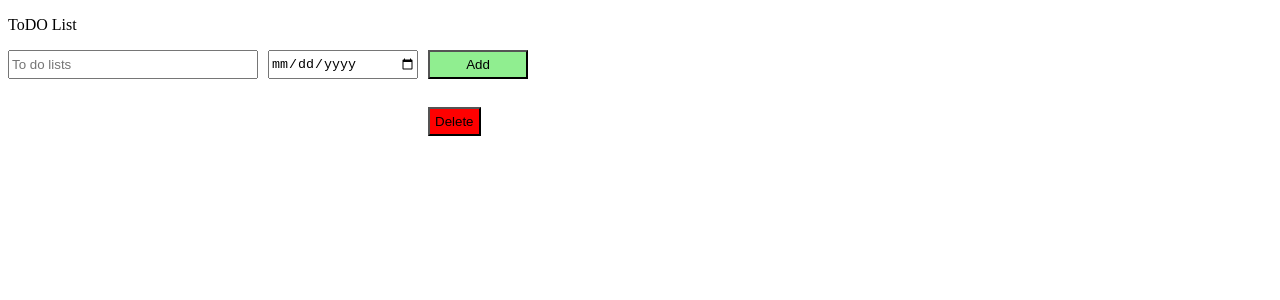
Repository: pgyunknown/ToDo-List
Page: index.html
These files come from the project's save history. The page is drawn as it stood at one moment and after the next save; the edit follows.
The browser window is 1280 px wide. The pictures show the whole page.

Above is the page before, as saved 2024-08-29 20:49:02.

After the next save:
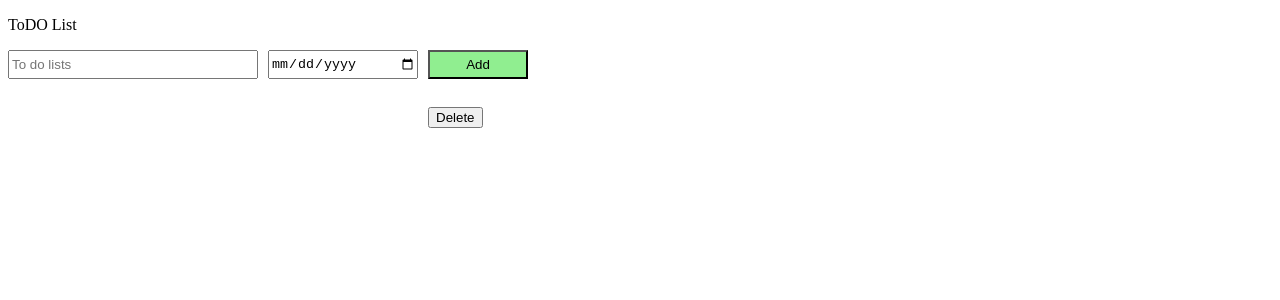
Saved 25 s later.
--- a/index.css
+++ b/index.css
@@ -16,7 +16,7 @@
   background-color: lightgreen;
   padding: 5px;
 }
-.delete-b{
+.delete-b button{
   background-color: red;
   padding: 5px;
 }

After the save that followed:
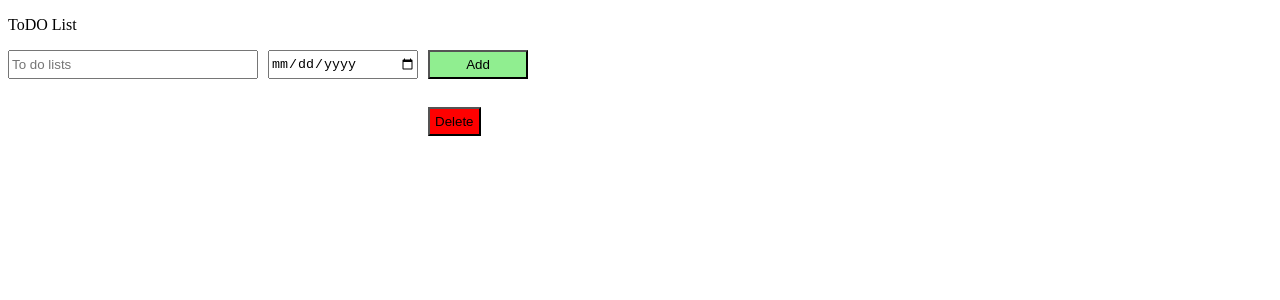
Saved 4 s later.
--- a/index.css
+++ b/index.css
@@ -16,7 +16,7 @@
   background-color: lightgreen;
   padding: 5px;
 }
-.delete-b button{
+.delete-b {
   background-color: red;
   padding: 5px;
 }
